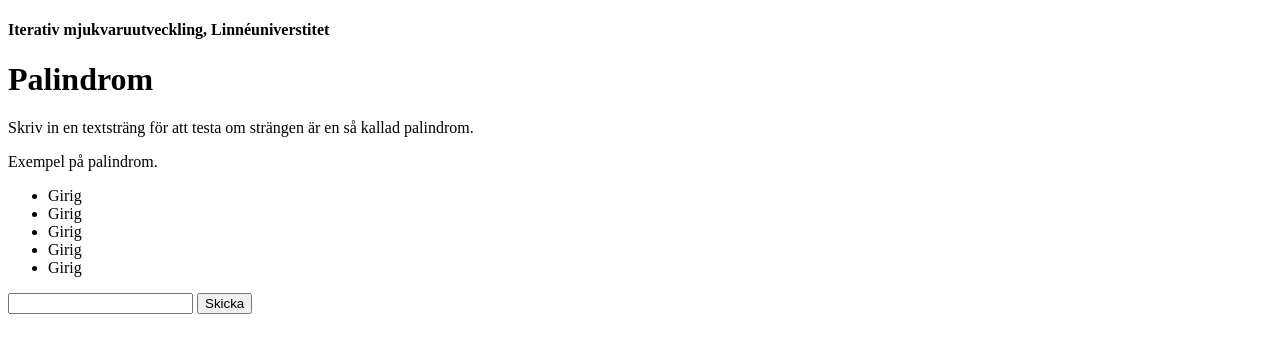
Repository: Holmewi/1dv404-jh222qr-laborationer
Page: Uppgift 4/index.html
The author's editor kept a record of every edit. The page is drawn from the files as they stood at one moment, then again after the next edit.
The browser window is 1280 px wide. The pictures show the whole page.

Above is the page before.

After the next edit:
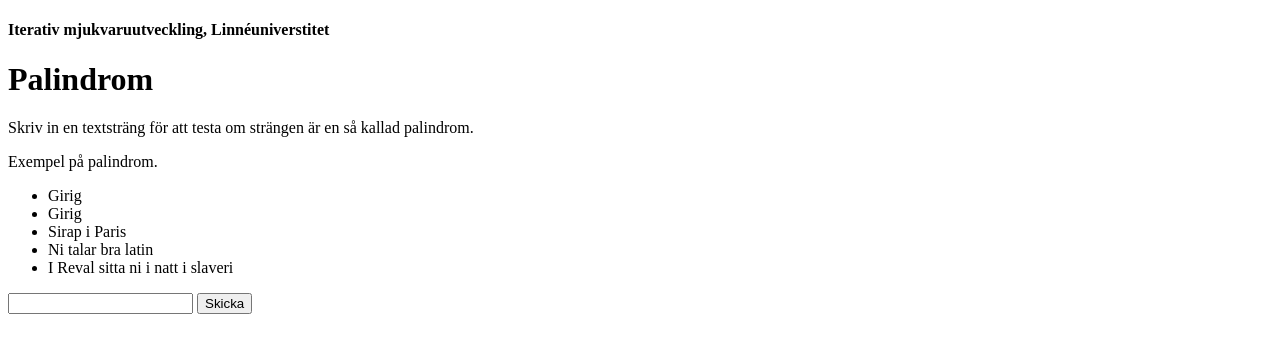
The edit:
--- a/Uppgift 4/index.html
+++ b/Uppgift 4/index.html
@@ -15,9 +15,9 @@
     <ul>
         <li>Girig</li>
         <li>Girig</li>
-        <li>Girig</li>
-        <li>Girig</li>
-        <li>Girig</li>
+        <li>Sirap i Paris</li>
+        <li>Ni talar bra latin</li>
+        <li>I Reval sitta ni i natt i slaveri</li>
     </ul>
     <form>
         <input type="text" id="input">
